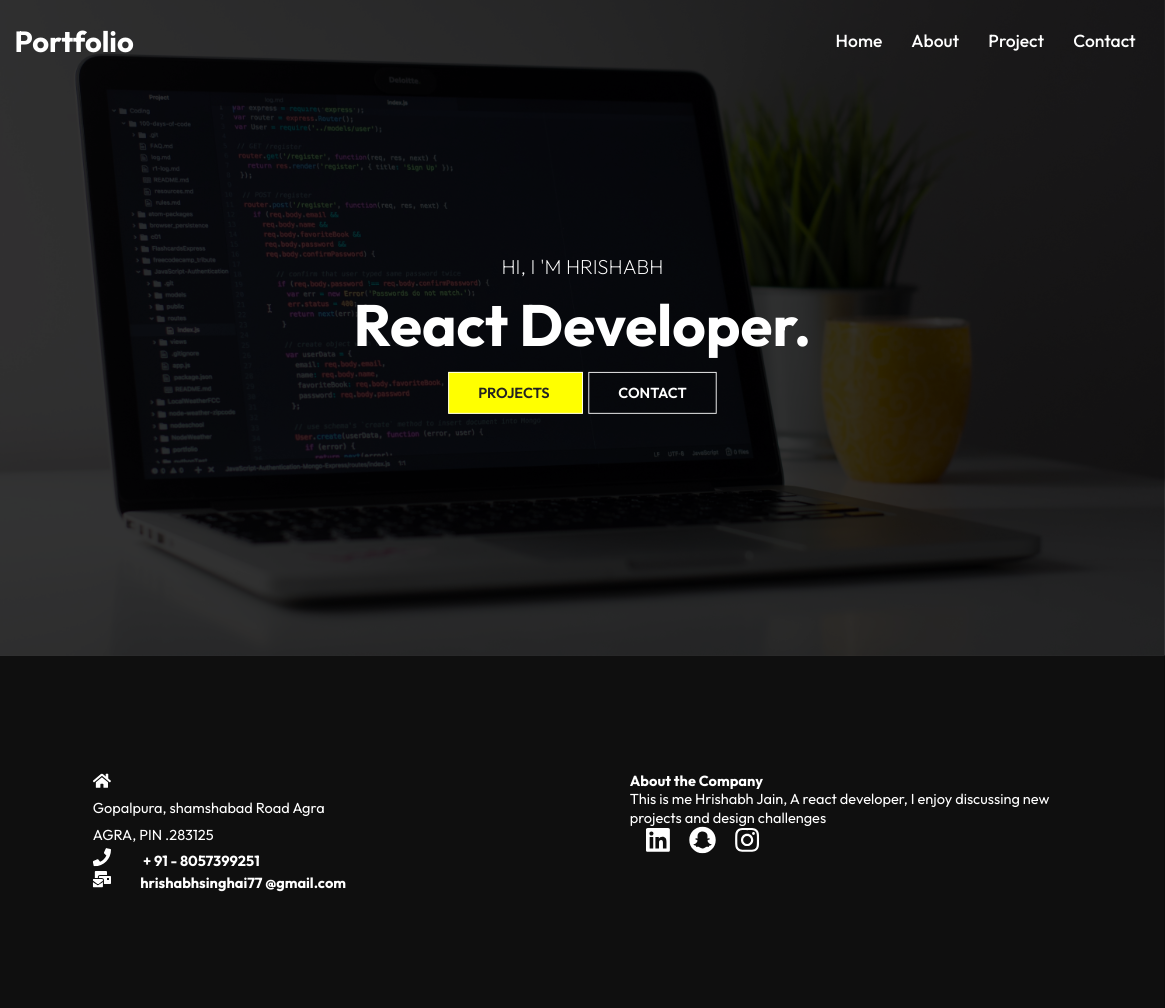
Repository: Hrishabhsinghai/Portfolio
Page: /
The author's editor kept a copy of each file at every save. The page is drawn from the files as they stood at one save, then again after the next save.
The browser window is 1280 px wide. The pictures show the whole page, at 91% of full size.
The project was rebuilt for these pictures with package versions that can differ from the ones it lists, and the page was loaded fresh each time. Also part of the build but not shown: src/routes/About.js, src/routes/Project.js, src/routes/Contact.js.

Above is the page before, as saved 2024-01-04 16:07:10.

After the next save:
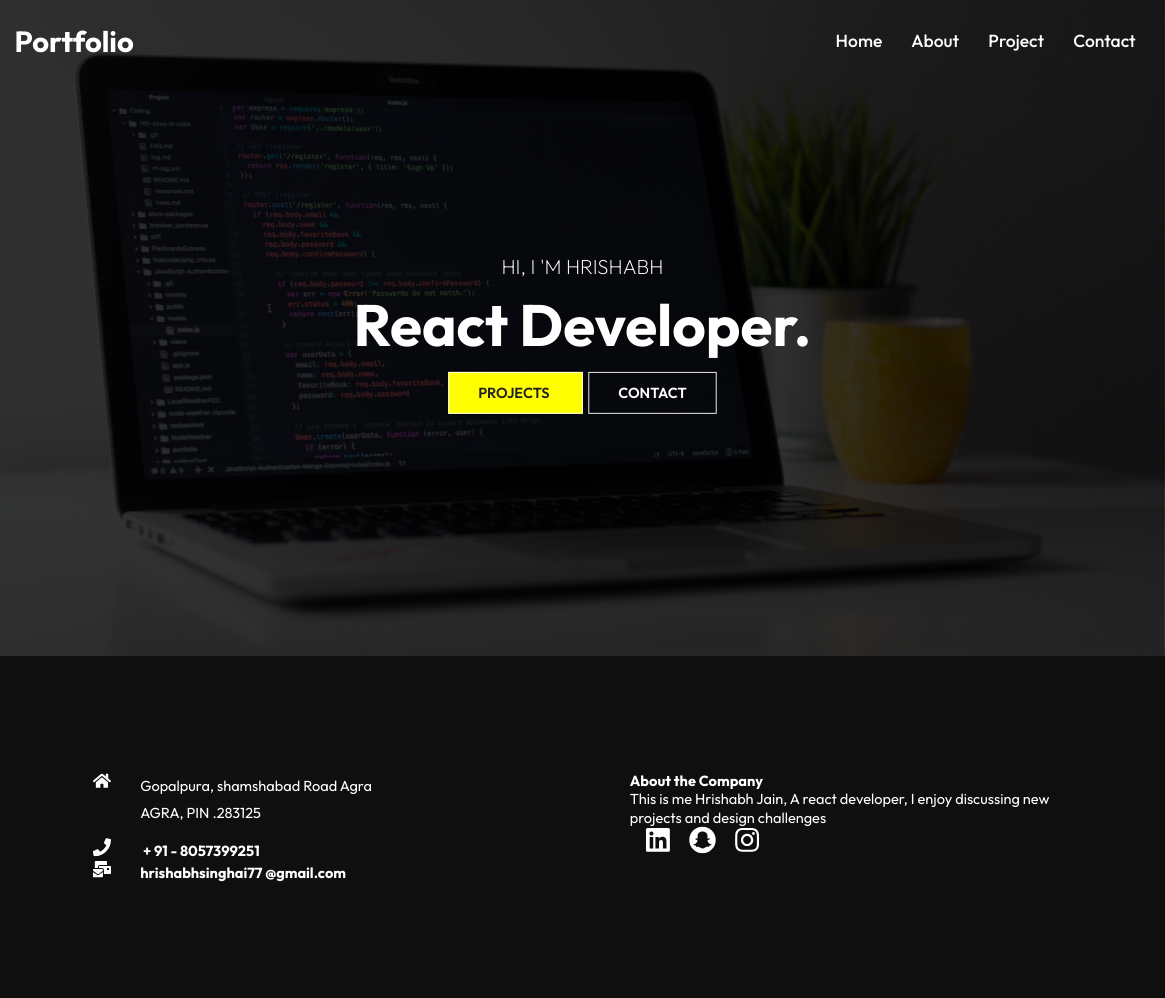
Saved 4 s later.
--- a/src/components/FooterStyles.css
+++ b/src/components/FooterStyles.css
@@ -20,7 +20,7 @@
   padding: 2rem;
 }
 
-.location phone {
+.location {
   display: flex;
   margin-bottom: 0.8rem;
 }
